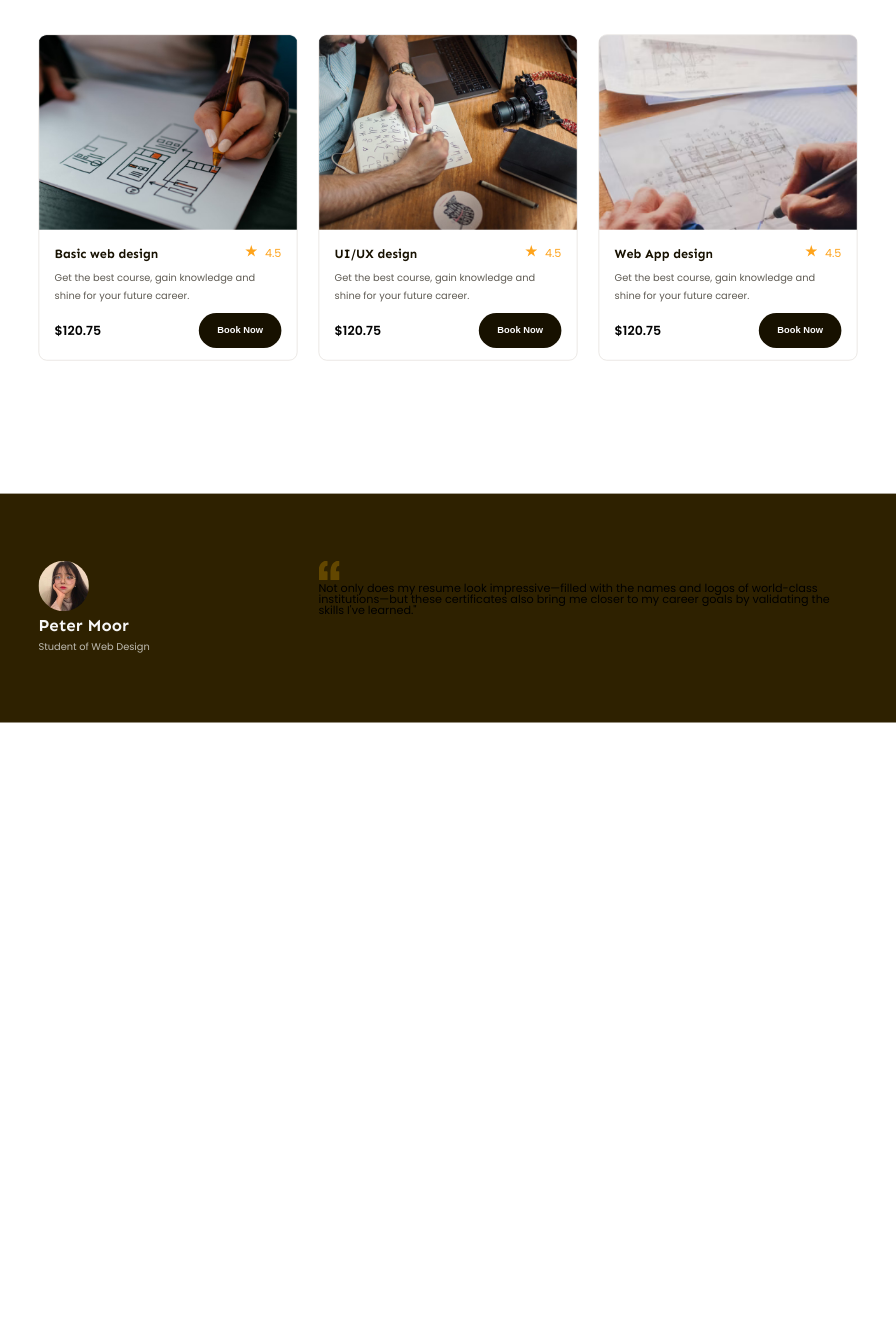
Repository: Toihoclaptrinh/duan1_figma
Page: index.html
These files come from the project's save history. The page is drawn as it stood at one moment and after the next save; the edit follows.
The browser window is 1280 px wide. The pictures show the part of the page from y = 1233 to 3153 px (the page is 10000 px tall), at 70% of full size.

Above is the page before, as saved 2024-02-10 00:37:02.

After the next save:
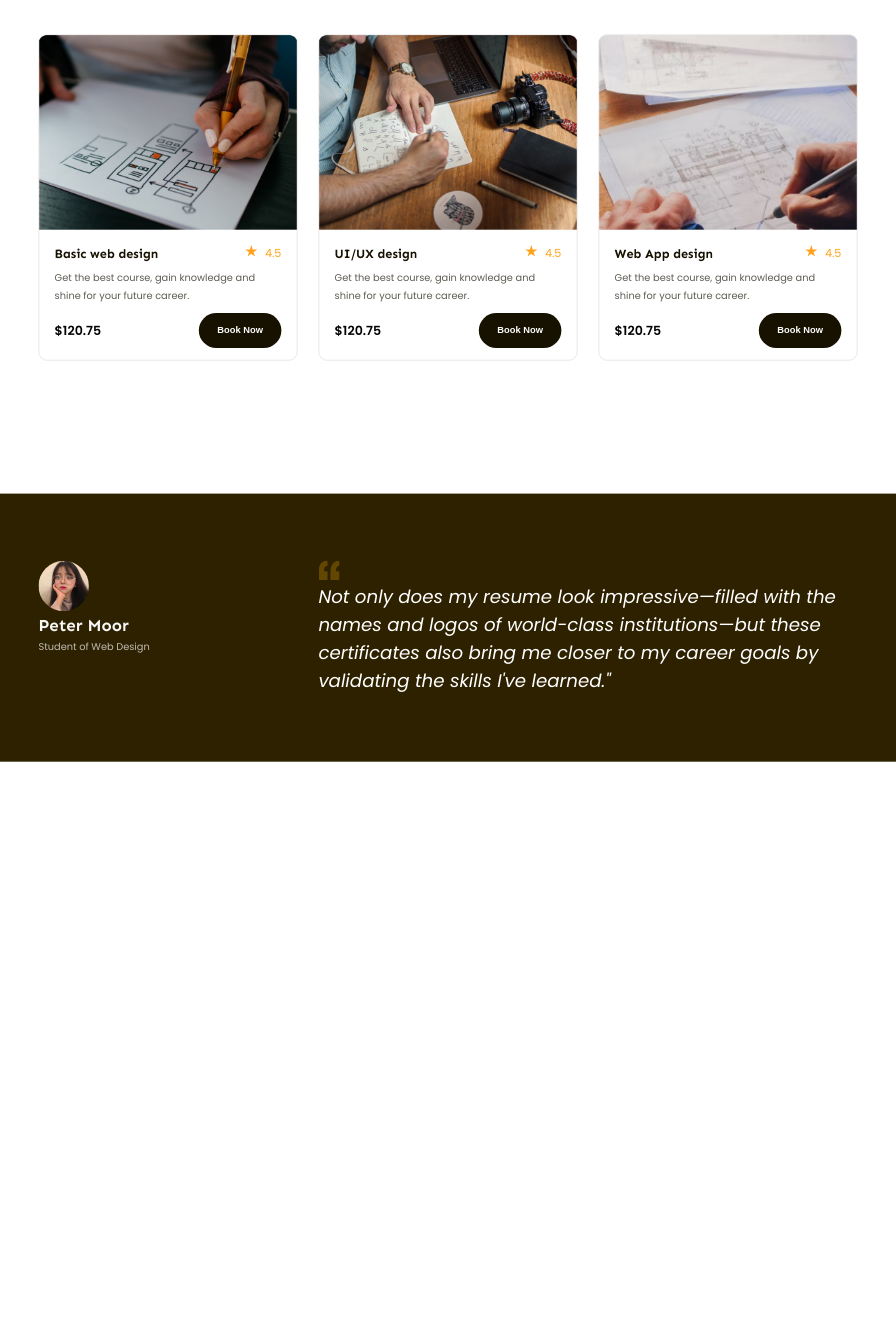
Saved 23 s later.
--- a/assets/css/style.css
+++ b/assets/css/style.css
@@ -449,7 +449,7 @@ a {
 .feedback .describe {
   margin-left: 241px;
 }
-.feedback .describe .quotes {
+.feedback .describe .desc {
   font-size: 2.6rem;
   font-style: italic;
   font-weight: 400;
